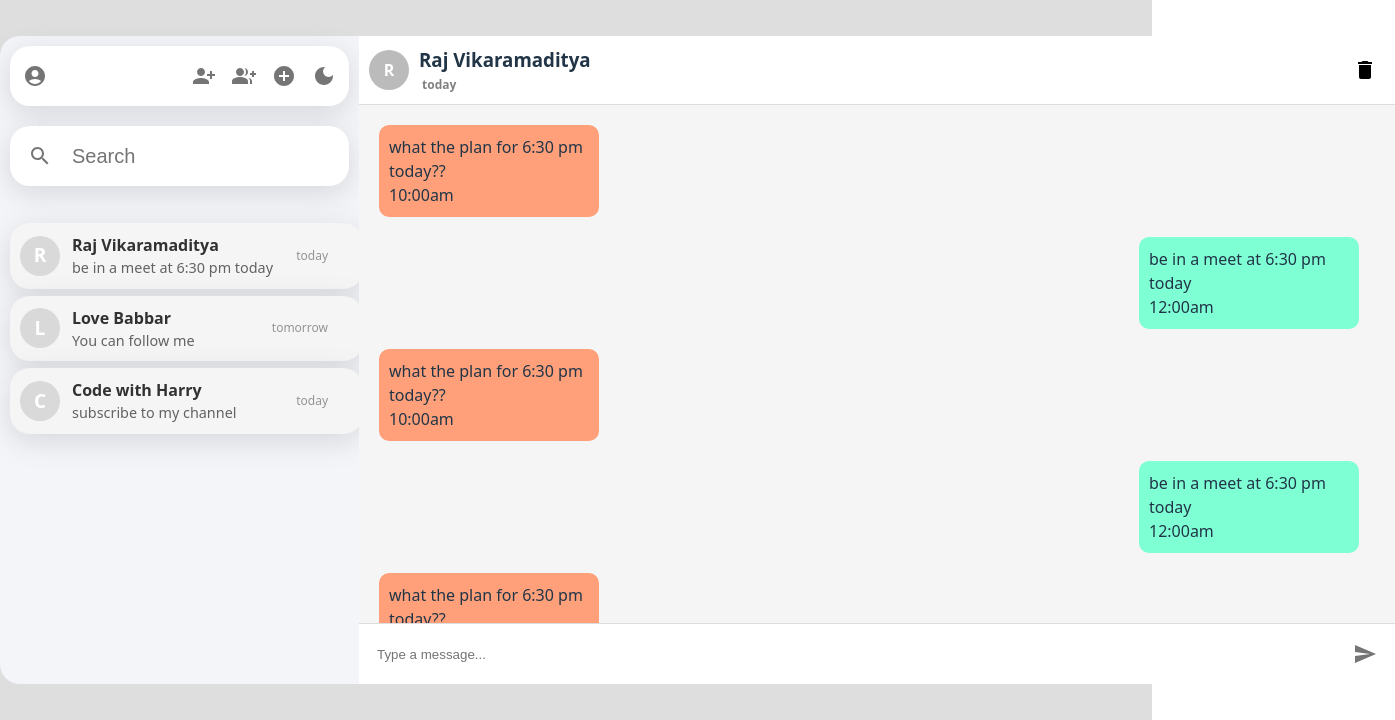
Repository: rahul-chakradhari/chat_app
Page: /
These files come from the project's save history. The page is drawn as it stood at one moment and after the next save; the edit follows.
The browser window is 1280 px wide. The page is 1395 px wide, so the pictures cover 1395 px, including what lies to the right of the window. The pictures show the whole page.
An inner scrolling area shows only its first screen. The project was rebuilt for these pictures with package versions that can differ from the ones it lists, and the page was loaded fresh each time. Also part of the build but not shown: vite.config.js, src/components/Login.jsx, src/components/Welcome.jsx, src/components/Creategroups.jsx.

Above is the page before, as saved 2025-03-01 10:37:48.

After the next save:
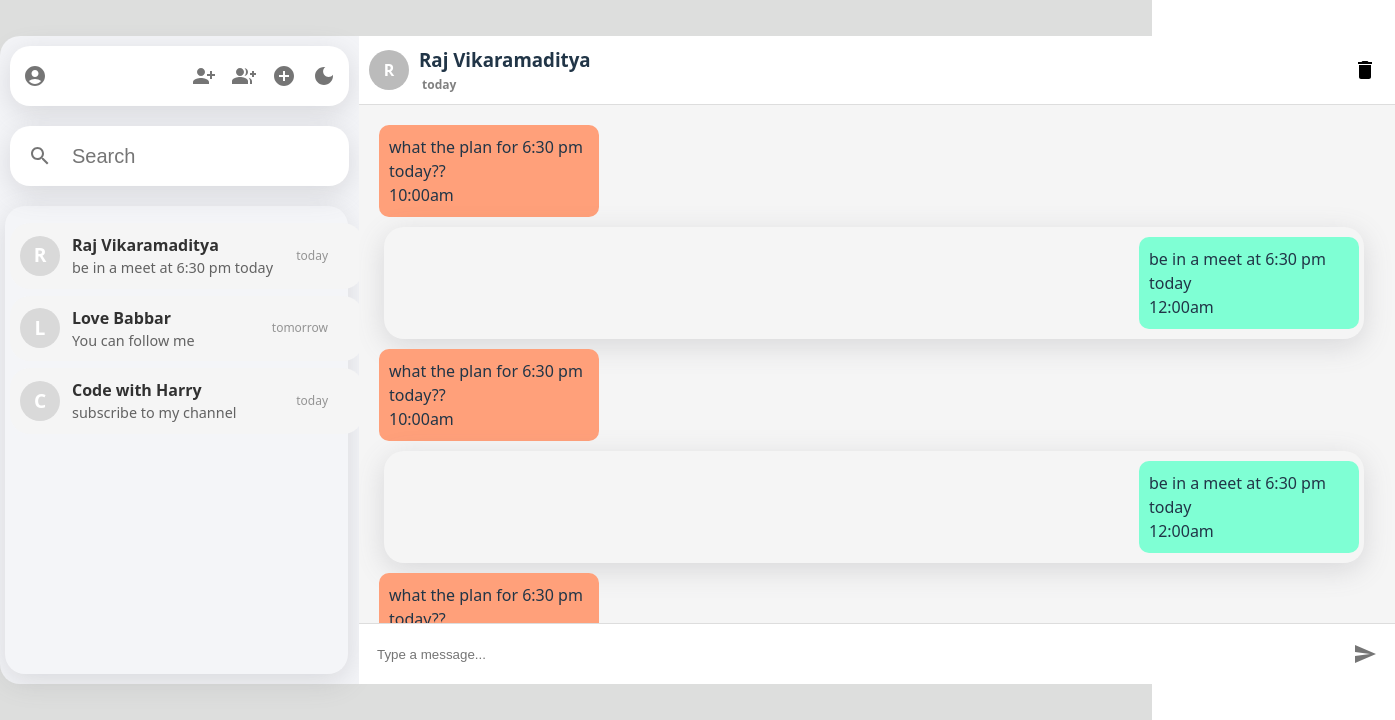
Saved 15 s later.
--- a/src/components/Mystyles.css
+++ b/src/components/Mystyles.css
@@ -51,6 +51,7 @@
   flex: 1;
   margin-right: 11px;
   padding: 10px 5px;
+  box-shadow: rgba(100, 100, 111, 0.2) 0px 7px 29px 0px;
 }
 .conversationitem {
   display: flex;
@@ -65,7 +66,6 @@
   background-color: #f5f5f5; /* Light background */
   width: 100%;
   overflow: scroll;
-  box-shadow: rgba(100, 100, 111, 0.2) 0px 7px 29px 0px;
 }
 .conversationitem::-webkit-scrollbar {
   display: none;
